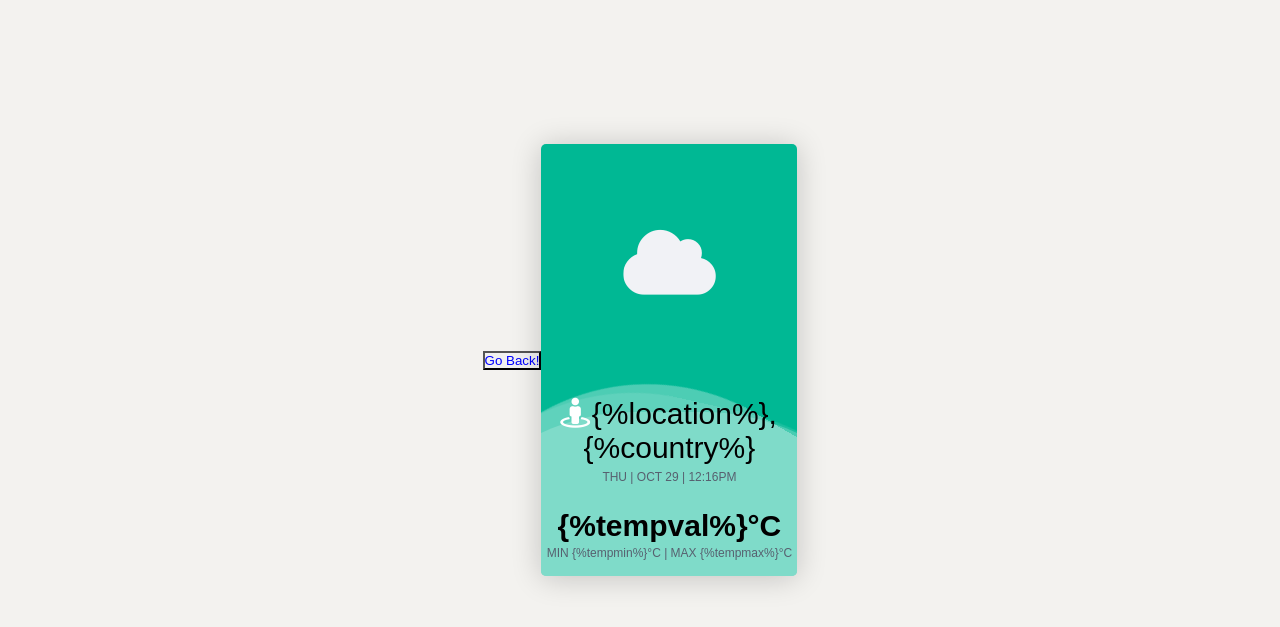
Repository: AalokJadhav/Weather_Website
Page: home.html
The author's editor kept a copy of each file at every save. The page is drawn from the files as they stood at one save, then again after the next save.
The browser window is 1280 px wide. The pictures show the whole page.
Some web libraries are served in a nearby version.

Above is the page before, as saved 2020-11-07 23:22:32.

After the next save:
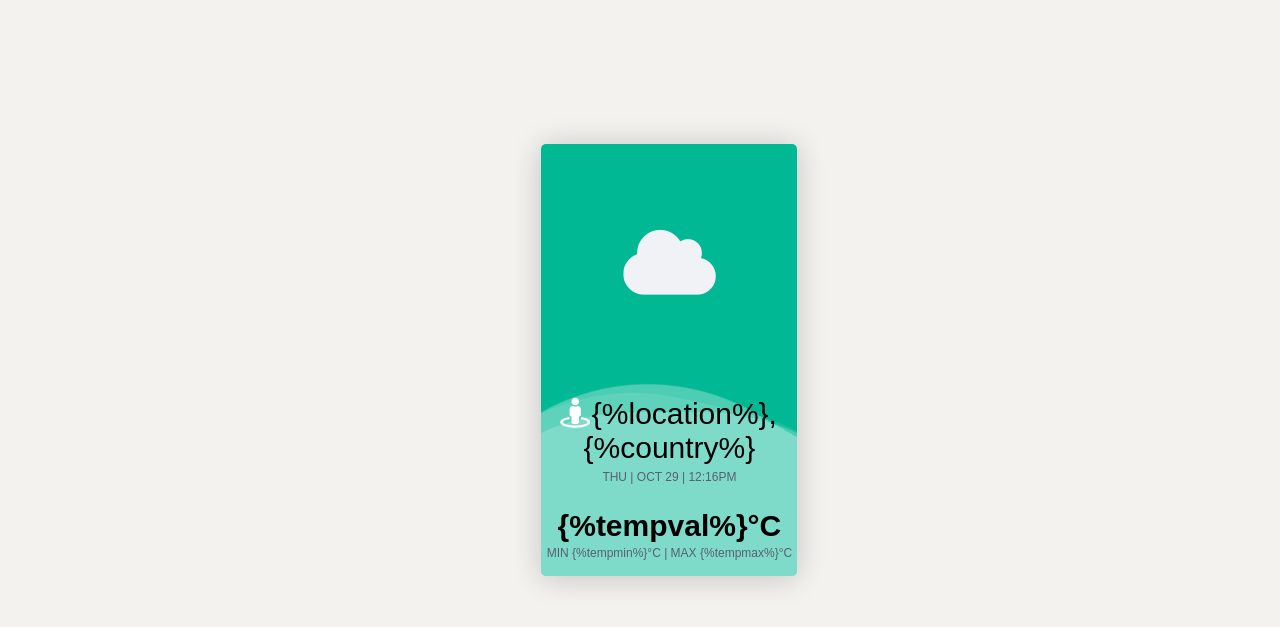
Saved 71 s later.
--- a/home.html
+++ b/home.html
@@ -18,6 +18,7 @@
         .goBack {
             background-color: #f1f1f1;
             color: black;
+            right: 50%;
         }
         input:hover {
             background-color: #ddd;
